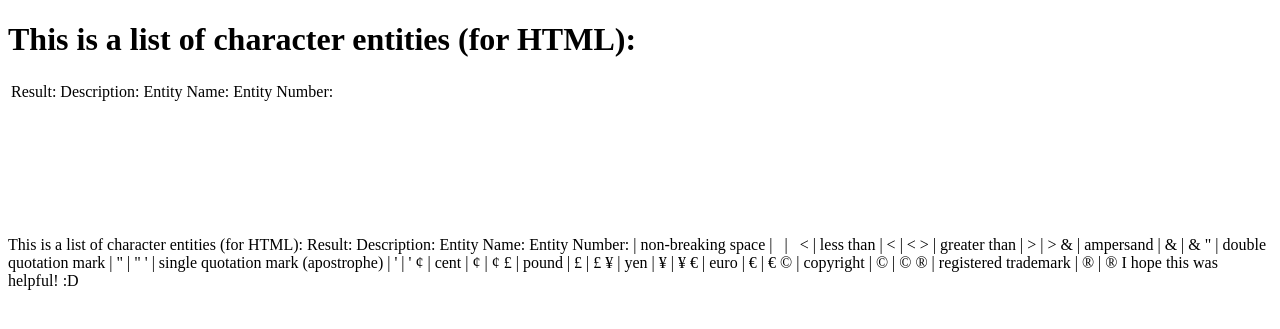
Repository: linas-dev/HTML-CSS-Projects
Page: Basic_HTML_and_CSS/Basic_HTML_5.html
The author's editor kept a copy of each file at every save. The page is drawn from the files as they stood at one save, then again after the next save.
The browser window is 1280 px wide. The pictures show the whole page.

Above is the page before, as saved 2021-05-30 10:54:11.

After the next save:
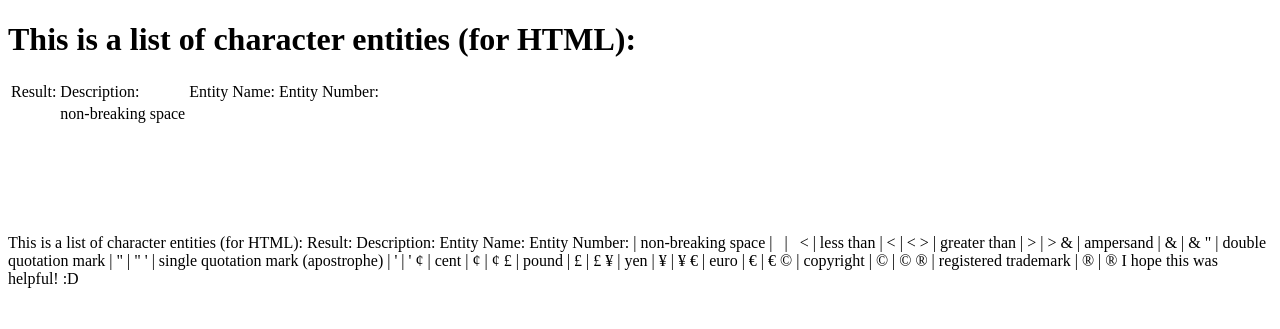
Saved 84 s later.
--- a/Basic_HTML_and_CSS/Basic_HTML_5.html
+++ b/Basic_HTML_and_CSS/Basic_HTML_5.html
@@ -20,40 +20,10 @@
         </thead>
         <tbody>
             <tr>
-
-            </tr>
-            <tr>
-
-            </tr>
-            <tr>
-
-            </tr>
-            <tr>
-
-            </tr>
-            <tr>
-
-            </tr>
-            <tr>
-
-            </tr>
-            <tr>
-
-            </tr>
-            <tr>
-
-            </tr>
-            <tr>
-
-            </tr>
-            <tr>
-
-            </tr>
-            <tr>
-
-            </tr>
-            <tr>
-
+                <td></td>
+                <td>non-breaking space</td>
+                <td>&nbsp;</td>
+                <td>&#160;</td>
             </tr>
         </tbody>
     </table>
